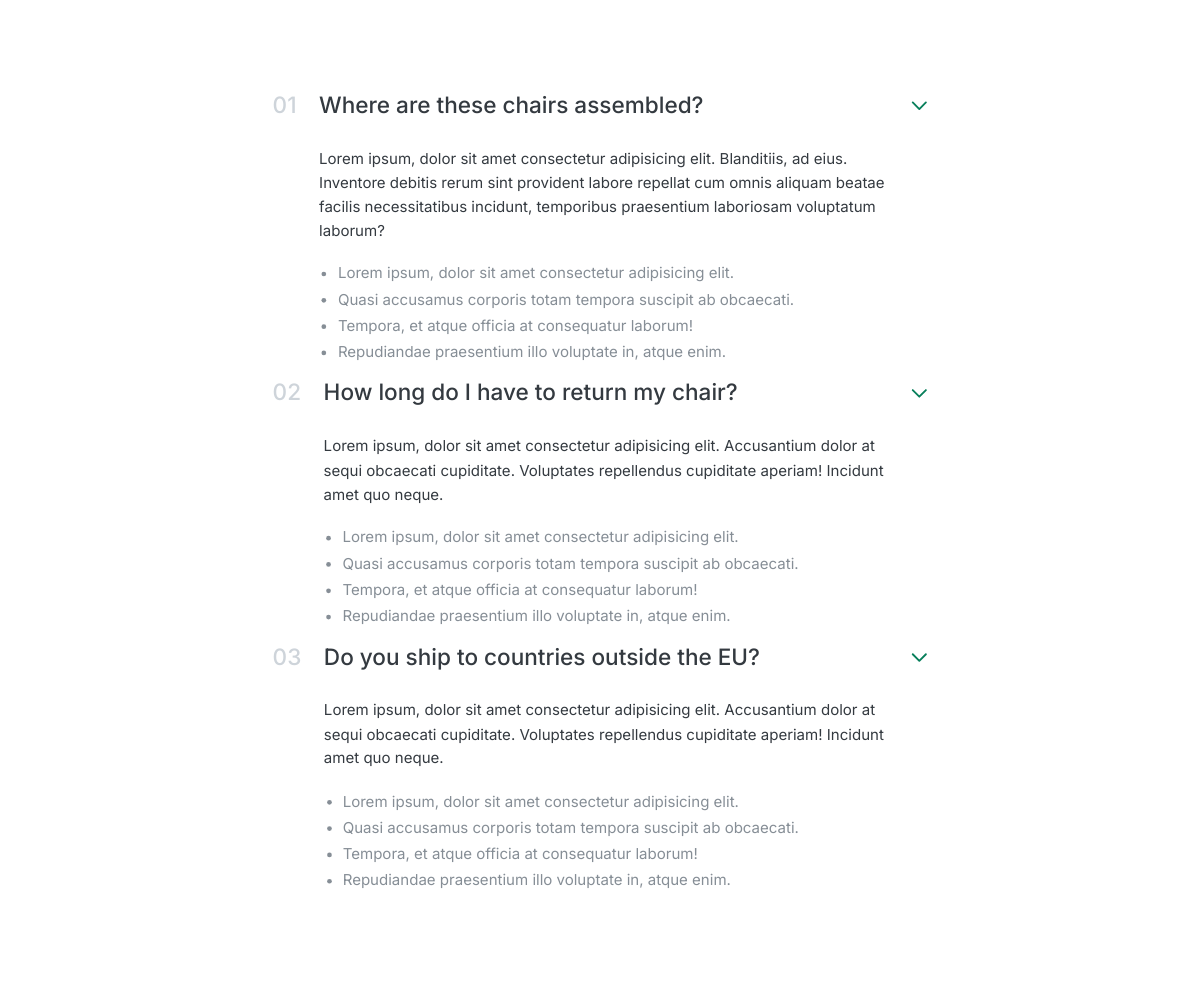
Repository: nghiakma/HTML-CSS-Fundamental
Page: Component_LayoutPatterns/accordion.html
These files come from the project's save history. The page is drawn as it stood at one moment and after the next save; the edit follows.
The browser window is 1280 px wide. The pictures show the whole page, at 94% of full size.

Above is the page before, as saved 2023-08-26 11:12:20.

After the next save:
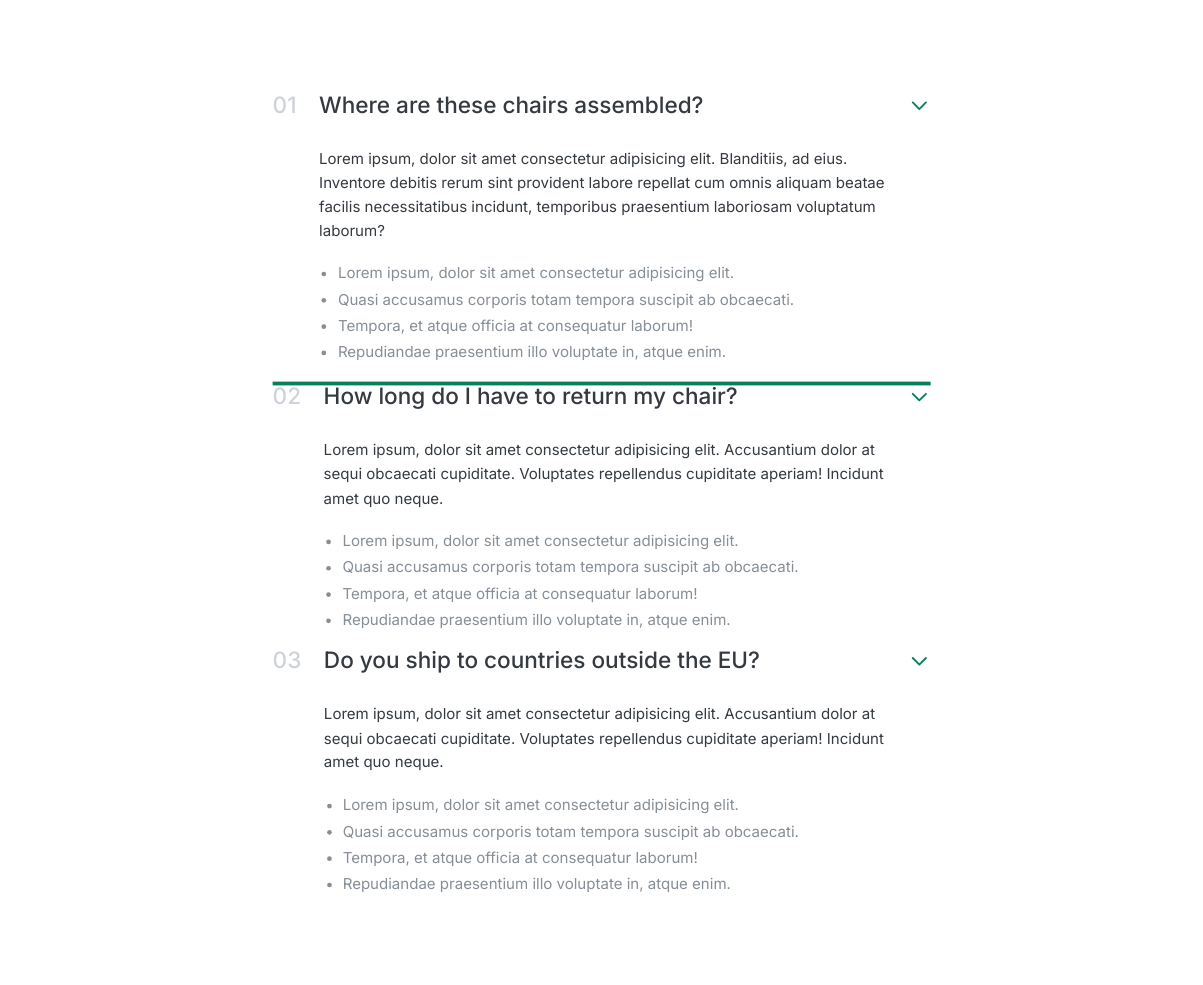
Saved 51 s later.
--- a/Component_LayoutPatterns/accordion.html
+++ b/Component_LayoutPatterns/accordion.html
@@ -77,6 +77,10 @@
       flex-direction: column;
       gap: 12px;
     }
+
+    .open {
+      border-top: 4px solid #087f5b;
+    }
   </style>
 </head>
 <!--Accordion la mot danh sach dc sap xep theo chieu doc hay chieu ngang
